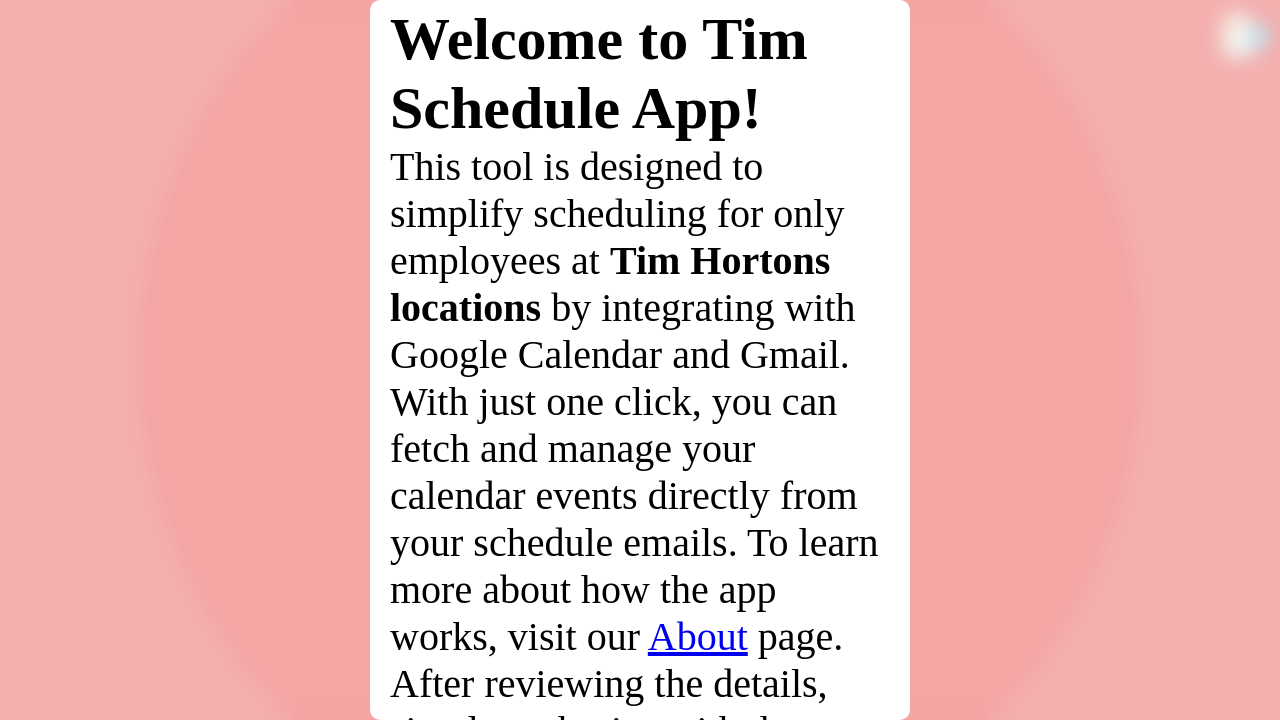
Repository: Sukhvir-Grewal/tim-schadule-app
Page: node_version/public/index.html
The author's editor kept a copy of each file at every save. The page is drawn from the files as they stood at one save, then again after the next save.
The browser window is 1280 px wide. The pictures show the whole page.

Above is the page before, as saved 2024-08-15 01:06:49.

After the next save:
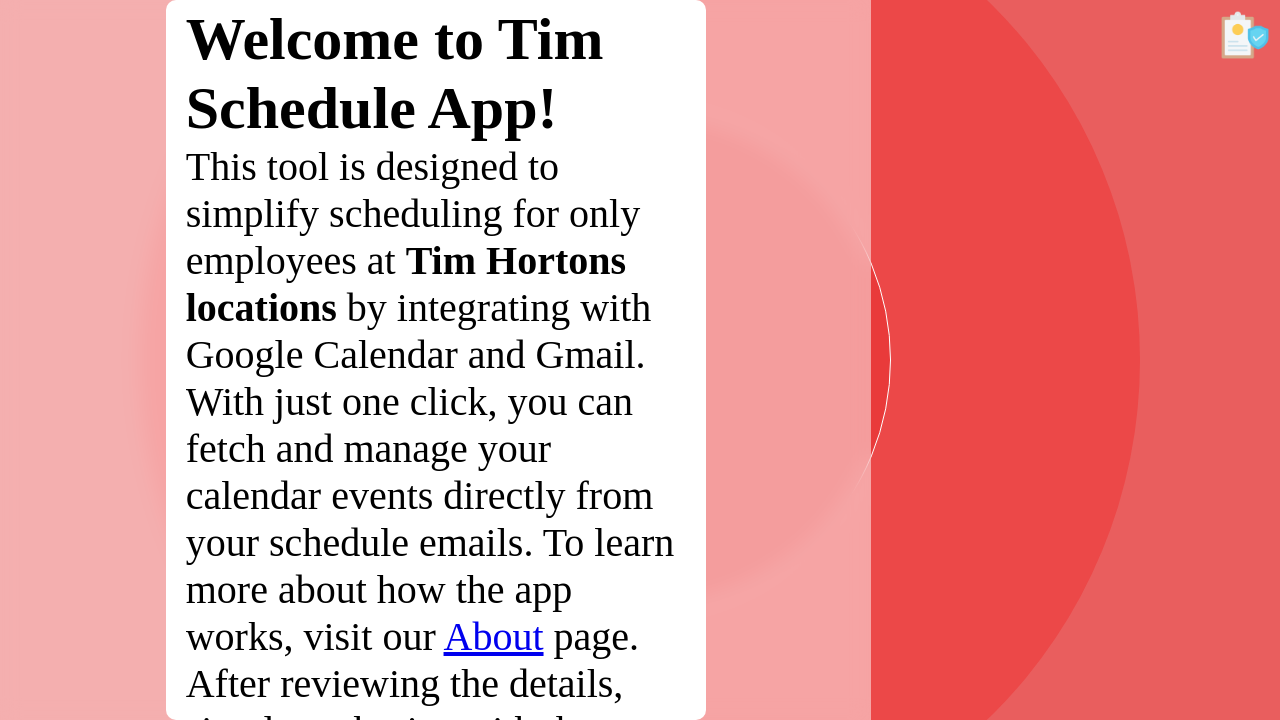
Saved 18 s later.
--- a/node_version/public/style.css
+++ b/node_version/public/style.css
@@ -29,12 +29,14 @@
 .aboutBox{
     background-color: white;
     border-radius: 10px;
-    min-height: 10px;
+    min-height: 100px;
     width: 90vw;
     padding: 5px 20px;
     animation: fadeIn 4s ease;
     font-size: 40px;
 }
+
+.aboutBox >
 
 .logo {
     position: absolute;

After the save that followed:
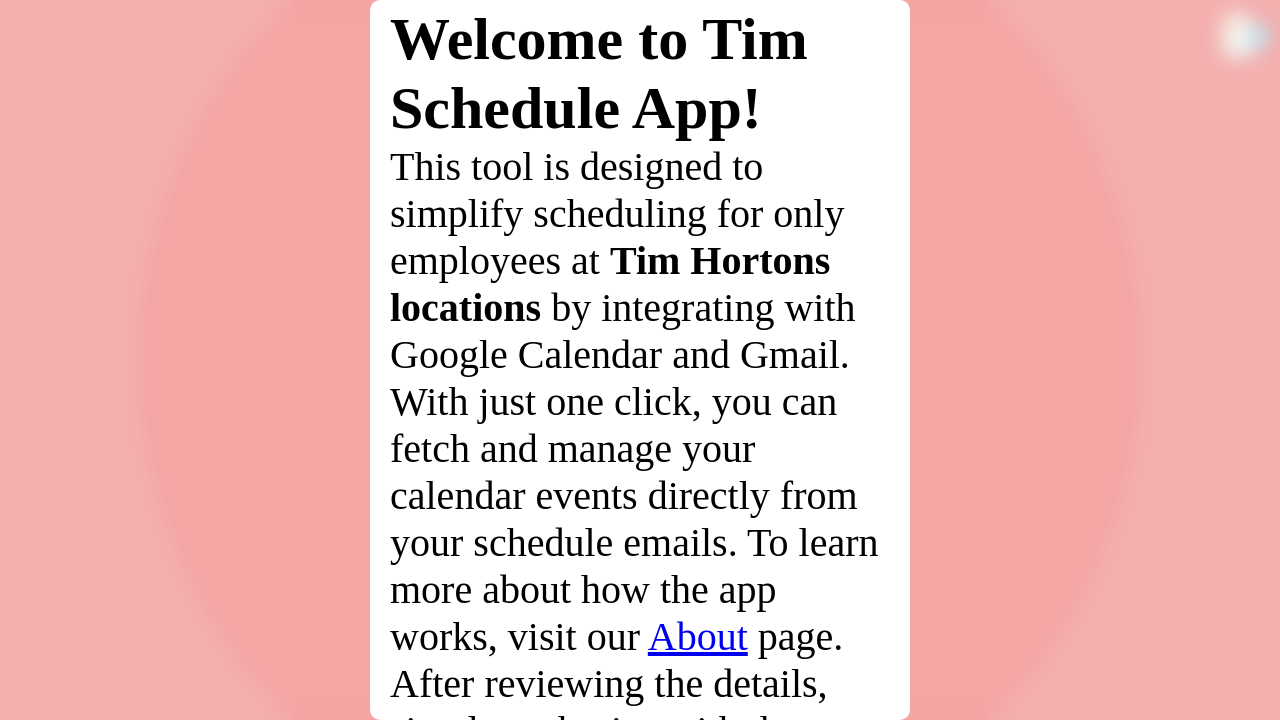
Saved 7 s later.
--- a/node_version/public/style.css
+++ b/node_version/public/style.css
@@ -36,7 +36,9 @@
     font-size: 40px;
 }
 
-.aboutBox >
+.aboutBox > *{
+    margi
+}
 
 .logo {
     position: absolute;
